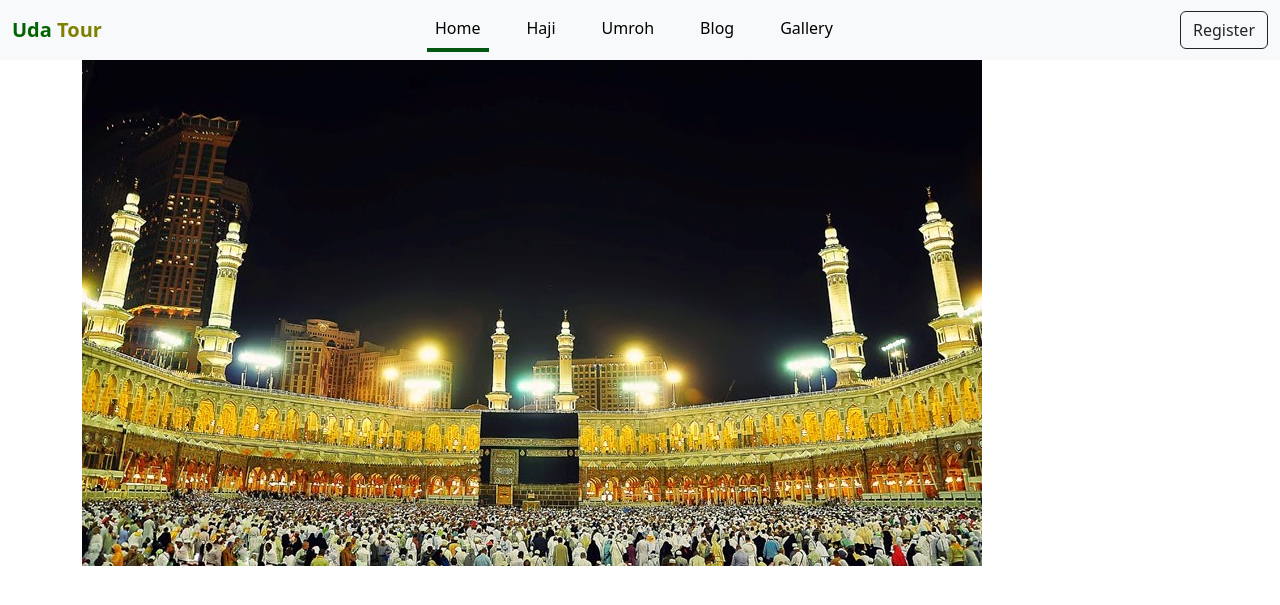
Repository: Putrabobi/Task7
Page: index.html
These files come from the project's save history. The page is drawn as it stood at one moment and after a run of saves; the edit follows.
The browser window is 1280 px wide. The pictures show the whole page.

Above is the page before, as saved 2024-03-25 10:19:30.

### index.html
<!DOCTYPE html>
<html lang="en">

<head>
    <meta charset="UTF-8">
    <meta name="viewport" content="width=device-width, initial-scale=1.0">
    <title>Haji & Umroh</title>
    <link href="https://cdn.jsdelivr.net/npm/bootstrap@5.3.3/dist/css/bootstrap.min.css" rel="stylesheet"
        integrity="sha384-QWTKZyjpPEjISv5WaRU9OFeRpok6YctnYmDr5pNlyT2bRjXh0JMhjY6hW+ALEwIH" crossorigin="anonymous">
</head>

<body>
    <nav class="navbar navbar-expand-lg  bg-body-tertiary">
        <div class="container-fluid">
            <a class="navbar-brand" href="#">
                <span style="color: darkgreen;" class="fw-bold">Uda</span>
                <span style="color: olive;" class="fw-bold">Tour</span>
            </a>

            <button class="navbar-toggler" type="button" data-bs-toggle="collapse"
                data-bs-target="#navbarSupportedContent" aria-controls="navbarSupportedContent" aria-expanded="false"
                aria-label="Toggle navigation">
                <span class="navbar-toggler-icon"></span>
            </button>
            <div class="collapse navbar-collapse" id="navbarSupportedContent">
                <ul class="navbar-nav me-auto mb-2 mb-lg-0 mx-auto">
                    <li class="nav-item" style="margin-right: 30px;">
                        <a class="nav-link active" aria-current="page" href="#" style="border-bottom: 4px solid #00570f; color: #000000;">Home</a>
                    </li>
                    <li class="nav-item" style="margin-right: 30px;">
                        <a class="nav-link" href="#" style="color: #000;">Haji</a>
                    </li>
                    <li class="nav-item" style="margin-right: 30px;">
                        <a class="nav-link disabled" style="color: #000;">Umroh</a>
                    </li>
                    <li class="nav-item" style="margin-right: 30px;">
                        <a class="nav-link disabled" style="color: #000;">Blog</a>
                    </li>
                    <li class="nav-item" style="margin-right: 30px;">
                        <a class="nav-link disabled" style="color: #000;">Gallery</a>
                    </li>
                </ul>
                    <button class="btn btn-outline-dark" type="submit">Register</button>
            </div>

        </div>
    </nav>

    <div class="container">
        <img src="images/mekkah.jpg" style="b" alt="Mekkah">

    </div>

</body>

</html>

After the next 5 saves:
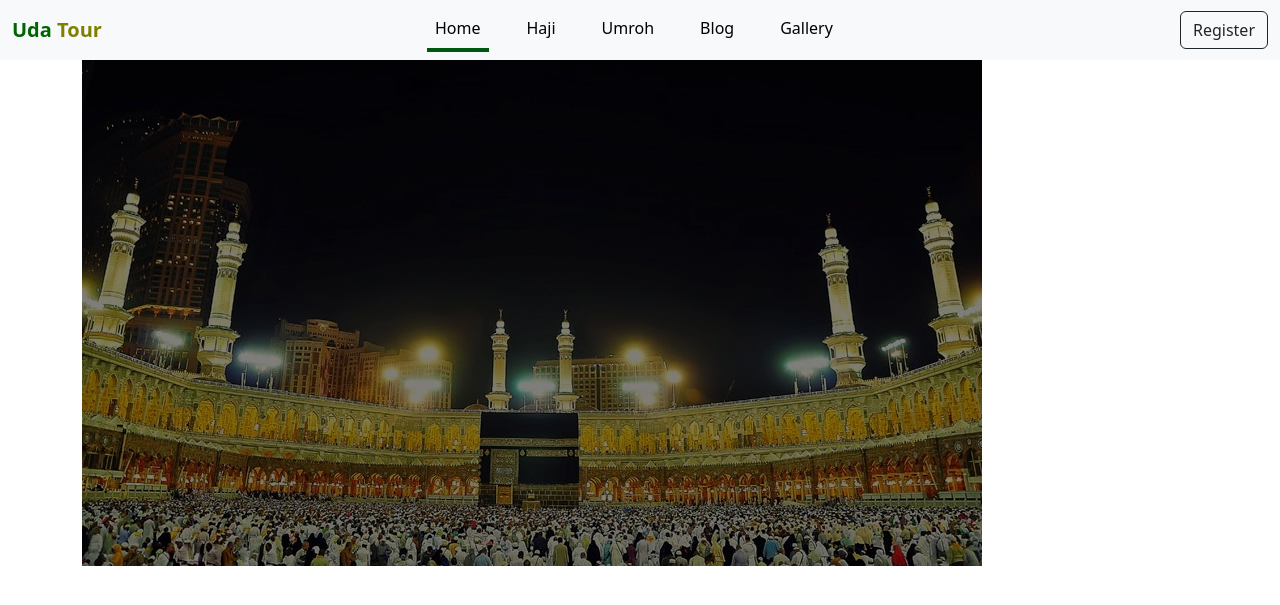
The 5 saves are shown as one change because they came seconds apart.
The last was saved 19 s later.
--- a/index.html
+++ b/index.html
@@ -47,7 +47,7 @@
     </nav>
 
     <div class="container">
-        <img src="images/mekkah.jpg" style="b" alt="Mekkah">
+        <img src="images/mekkah.jpg" style="filter: brightness(50%);" alt="Mekkah">
 
     </div>
 
